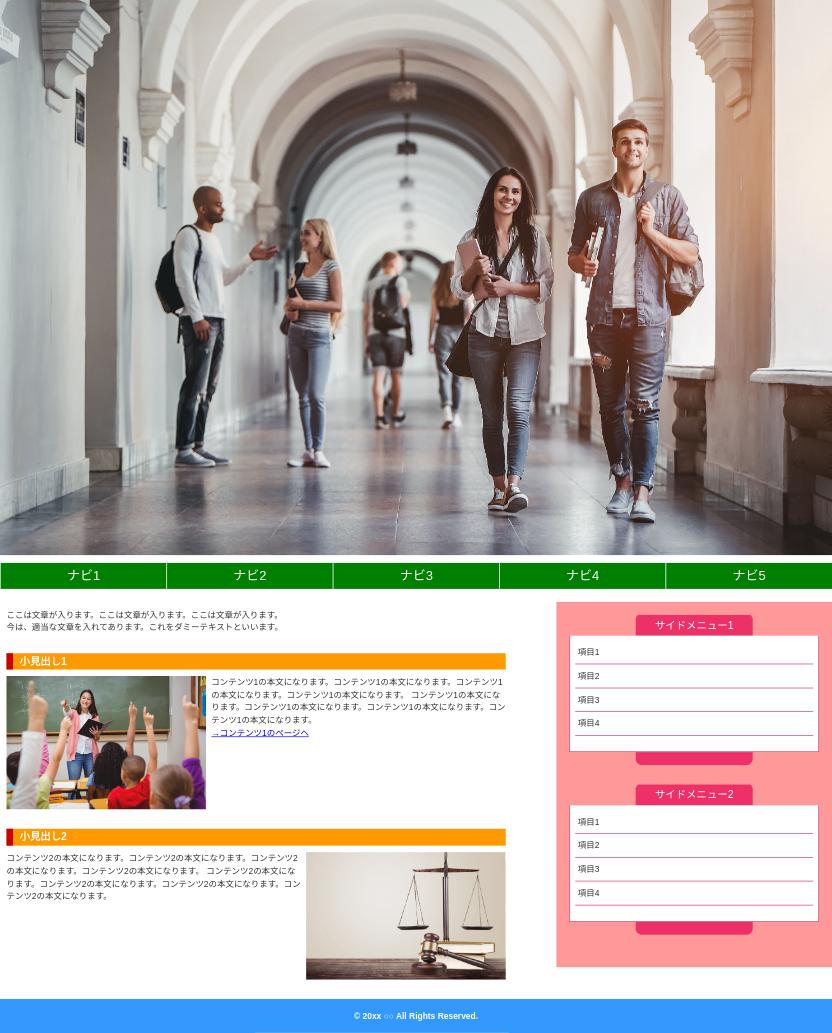
Repository: hayatesan8810/samurai_HTML-CSS
Page: home.html
The author's editor kept a record of every edit. The page is drawn from the files as they stood at one moment, then again after the next edit.
The browser window is 1280 px wide. The pictures show the whole page, at 65% of full size.

Above is the page before.

After the next edit:
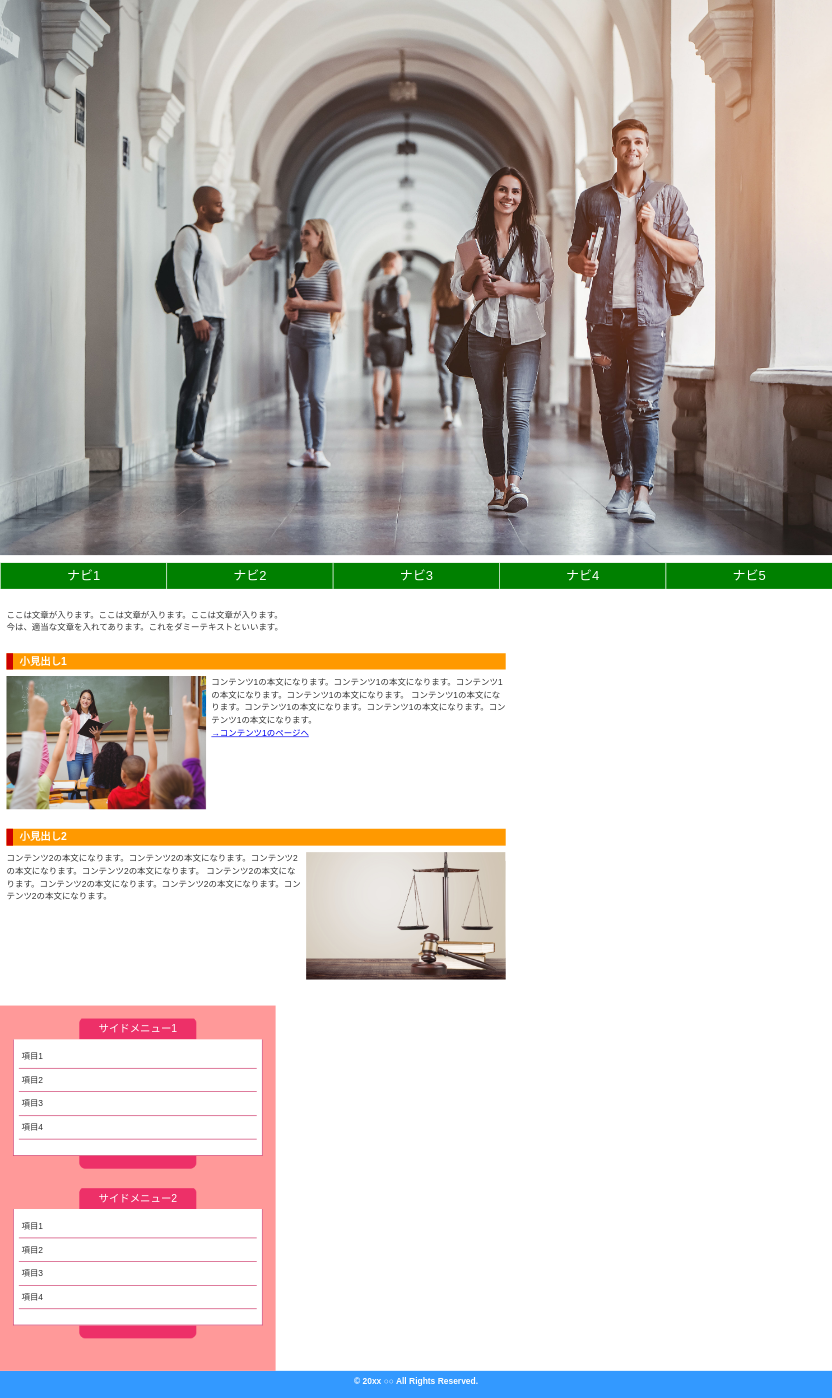
The edit:
--- a/stylesheet.css
+++ b/stylesheet.css
@@ -80,6 +80,8 @@
 	margin: auto ;
 	padding-top: 20px;
 	clear: both;
+	display: grid;
+	grid-columns: 70vw 30vw;
 }
 /* -------------------- main -------------------- */
 #main {
